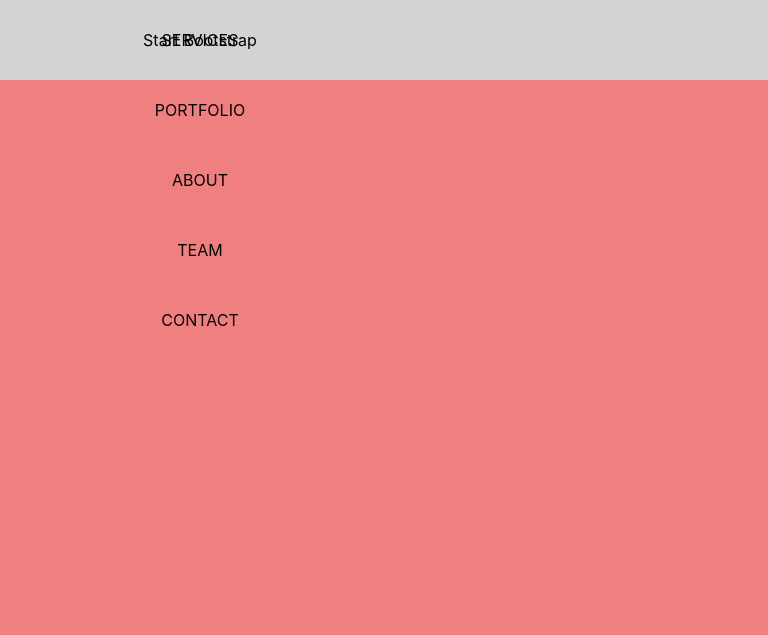
Repository: ooter37/media-queries-afternoon
Page: / (app in portfolio-clone/)
These files come from the project's save history. The page is drawn as it stood at one moment and after the next save; the edit follows.
The browser window is 768 px wide. The pictures show the whole page.
The project was rebuilt for these pictures with package versions that can differ from the ones it lists, and the page was loaded fresh each time.

Above is the page before, as saved 2020-04-13 13:55:40.

### portfolio-clone/src/App.js
import React from 'react';
import './App.css';
import Banner from './Components/Banner'

function App() {
  return (
    <div className="App">
      <Banner />
    </div>
  );
}

export default App;

### portfolio-clone/src/App.css
body {
  width: 100vw;
  background-color: lightcoral;
}

.header {
  width: 100%;
  height: 80px;
  background-color: lightgrey;
  display: flex;
}

.navbar {
  height: 100%;
  width: 100%;
  display: flex;
  align-items: center;
}

.buttons {
  width: 400px;
	display: flex;
	flex-direction: row;
	justify-content: space-between;
  align-items: center;
  position: fixed;
  top: 30px;
  right: 20px;

}

.start-bootstrap {
  width: 400px;
  position: fixed;
  display: flex;
  justify-content: center;
  position: fixed;
  top: 30px;
  left: 0px;
}

@media screen and (max-width: 991px) {
  .navbar {
    flex-direction: column;
    justify-content: space-between;
    align-items: stretch;
    align-content: stretch;
    position: none;
  }
  .buttons {
    flex-direction: column;
    min-width: 300px;
    height: 300px;
    left: 0px;
    top: 30px;
  }

}

### portfolio-clone/src/Components/Banner.js
import React from 'react'



export default class Banner extends React.Component {
    constructor() {
        super()

    }
    render() {
        return (
            <header className='header'>
                <nav className='navbar'>
                    <div className='start-bootstrap'>Start Bootstrap</div>
                    <div className='buttons'>

                            <div>SERVICES</div>

                            <div>PORTFOLIO</div>

                            <div>ABOUT</div>

                            <div>TEAM</div>

                            <div>CONTACT</div>

                    </div>
                </nav>
            </header>
        )
    }
}

Loaded but not shown: portfolio-clone/public/index.html (common file); portfolio-clone/src/index.js (common file); portfolio-clone/src/index.css (common file); portfolio-clone/src/serviceWorker.js (common file)

After the next save:
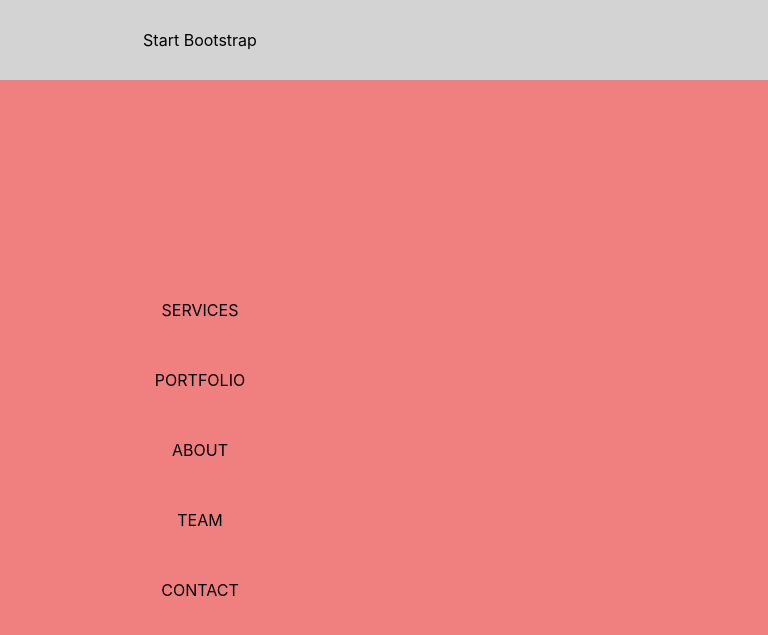
Saved 9 s later.
--- a/portfolio-clone/src/App.css
+++ b/portfolio-clone/src/App.css
@@ -52,7 +52,7 @@ body {
     min-width: 300px;
     height: 300px;
     left: 0px;
-    top: 30px;
+    top: 300px;
   }
 
 }
